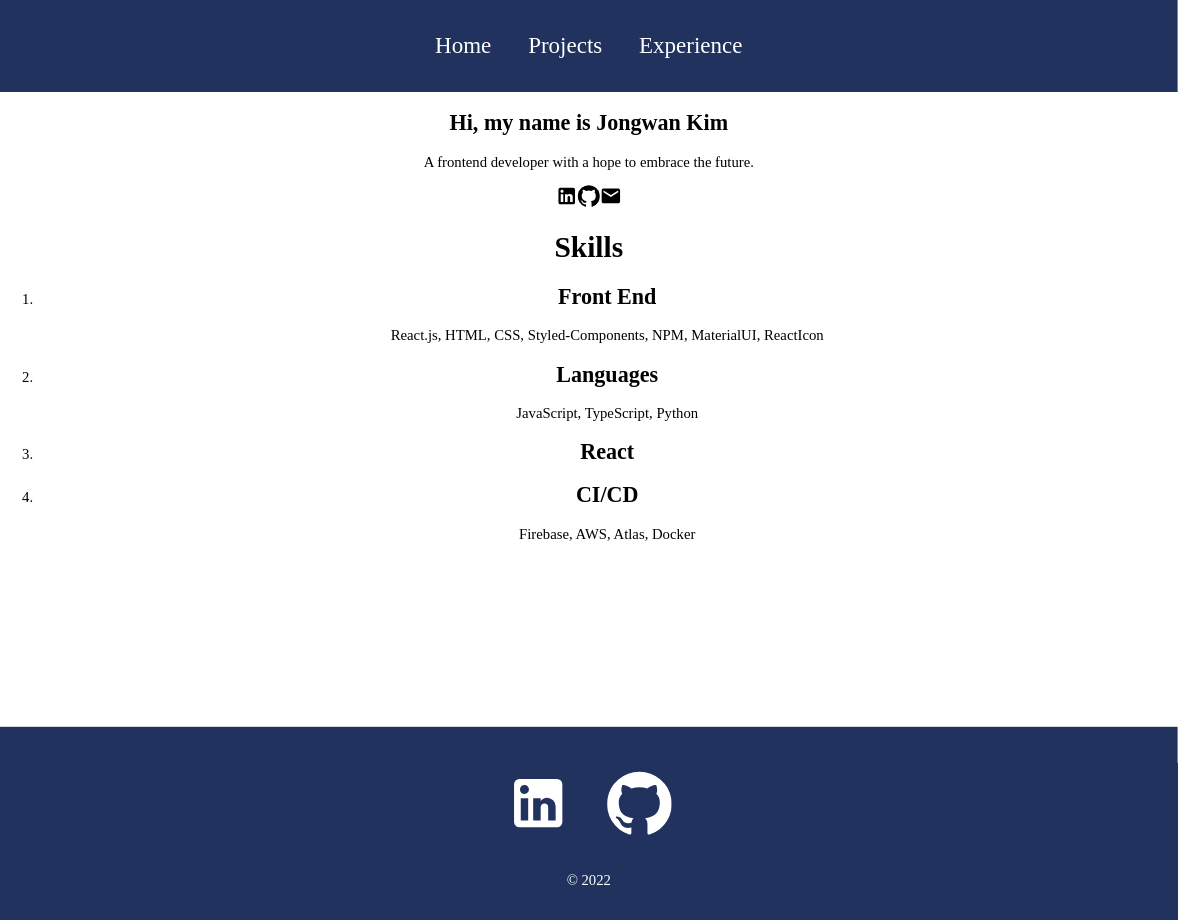
Repository: mireu-san/jw-personal-page
Page: /
The author's editor kept a copy of each file at every save. The page is drawn from the files as they stood at one save, then again after the next save.
The browser window is 1280 px wide. The pictures show the whole page, at 92% of full size.
The project was rebuilt for these pictures with package versions that can differ from the ones it lists, and the page was loaded fresh each time. Also part of the build but not shown: src/pages/Experience.js, src/pages/Projects.js.

Above is the page before, as saved 2022-11-09 17:17:17.

### src/App.js
import "./App.css";
import { BrowserRouter as Router, Routes, Route } from "react-router-dom";
import Home from "./pages/Home";
import Experience from "./pages/Experience";
import Projects from "./pages/Projects";
import Navbar from "./components/Navbar";
import Footer from "./components/Footer";

function App() {
  return (
    <div className="App">
      <Router>
        {/* #1 차이점? */}
        <Navbar />
        <Routes>
          <Route path="/" element={<Home />} />
          <Route path="/projects" element={<Projects />} />
          <Route path="/experience" element={<Experience />} />
        </Routes>
        <Footer />
      </Router>
    </div>
  );
}

export default App;

### src/App.css
/* recommended default setting */
.App {
  text-align: center;
}

body {
  padding: 0;
  margin: 0;
}


/* end of recommended default setting */

### src/pages/Home.js
import React from "react";
import LinkedInIcon from "@material-ui/icons/LinkedIn";
import GithubIcon from "@material-ui/icons/GitHub";
import EmailIcon from "@material-ui/icons/Email";

function Home() {
  return (
    <div className="home">
      <div className="about"> </div>
      <div className="about">
        <h2>Hi, my name is Jongwan Kim</h2>
        <div className="prompt">
          <p> A frontend developer with a hope to embrace the future. </p>
          <LinkedInIcon />
          <GithubIcon />
          <EmailIcon />
        </div>
      </div>
      <div className="skills">
        <h1>Skills</h1>
        <ol className="list">
          <li className="item">
            <h2>Front End</h2>
            <span>
              React.js, HTML, CSS, Styled-Components, NPM, MaterialUI, ReactIcon{" "}
            </span>
          </li>
          <li className="item">
            <h2>Languages</h2>
            <span>JavaScript, TypeScript, Python</span>
          </li>
          <li className="item">
            <h2>React</h2>
            <span> </span>
          </li>
          <li className="item">
            <h2>CI/CD</h2>
            <span>Firebase, AWS, Atlas, Docker</span>
          </li>
        </ol>
      </div>
    </div>
  );
}

export default Home;

### src/components/Navbar.js
import React, { useEffect, useState } from "react";
import { Link, useLocation } from "react-router-dom";
import "../styles/Navbar.css";
import ReorderIcon from "@material-ui/icons/Reorder";

function Navbar() {
  const [expandNavbar, setExpandNavbar] = useState(false);

  // to let it close when user click mobile menu category
  const location = useLocation();

  useEffect(() => {
    setExpandNavbar(false);
  }, [location]);

  return (
    <div className="navbar" id={expandNavbar ? "open" : "close"}>
      <div className="toggleButton">
        {/* toggle button for mobile */}
        <button
          onClick={() => {
            setExpandNavbar((prev) => !prev);
          }}
        >
          <ReorderIcon />
        </button>
      </div>
      <div className="links">
        <Link to="/"> Home </Link>
        <Link to="/projects"> Projects </Link>
        <Link to="/experience"> Experience </Link>
      </div>
    </div>
  );
}

export default Navbar;

### src/components/Footer.js
import React from "react";
import LinkedInIcon from "@material-ui/icons/LinkedIn";
import GithubIcon from "@material-ui/icons/GitHub";
import "../styles/Footer.css";

function Footer() {
  return (
    <div className="footer">
      <div className="socialMedia">
        <LinkedInIcon />
        <GithubIcon />
      </div>
      <p> &copy; 2022 </p>
    </div>
  );
}

export default Footer;

### src/styles/Navbar.css
.navbar {
    width: 100%;
    height: 100px;
    background: #21325e;
  }

  .links {
    width: 100%;
    height: 100%;
    display: flex;
    align-items: center;
    justify-content: center;
    color: white;
  }

  .navbar a {
    color: white;
    text-decoration: none;
    margin: 20px;
    font-size: 25px;
  }

  .toggleButton {
    width: 100%;
    height: 100px;
    display: flex;
    align-items: center;
    justify-content: flex-end;
  }

  .toggleButton svg {
    font-size: 50px;
  }

  /* toggle button for mobile */
  .toggleButton button {
    margin-right: 20px;
    background-color: transparent;
    border: none;
    color: white;
    cursor: pointer;
  }

  #open {
    height: 100vh;
  }

  #open .links {
    flex-direction: column;
    justify-content: flex-start;
    margin-top: 100px;
  }

  #open a {
    width: 100%;
    text-align: center;
  }

  @media only screen and (max-width: 900px) {
    .navbar a {
      width: 70px;
    }
  }

  @media only screen and (max-width: 600px) {
    .toggleButton {
      display: flex;
    }
    #close a {
      display: none;
    }
  }

  @media only screen and (min-width: 600px) {
    .toggleButton {
      display: none;
    }

    .hiddenLinks {
      display: none;
    }

    #open {
      height: 100px;
    }

    #open .links {
      flex-direction: row;
    }
  }

Loaded but not shown: public/index.html (common file); src/index.js (common file); src/reportWebVitals.js (common file); src/styles/Footer.css (common file)

After the next save:
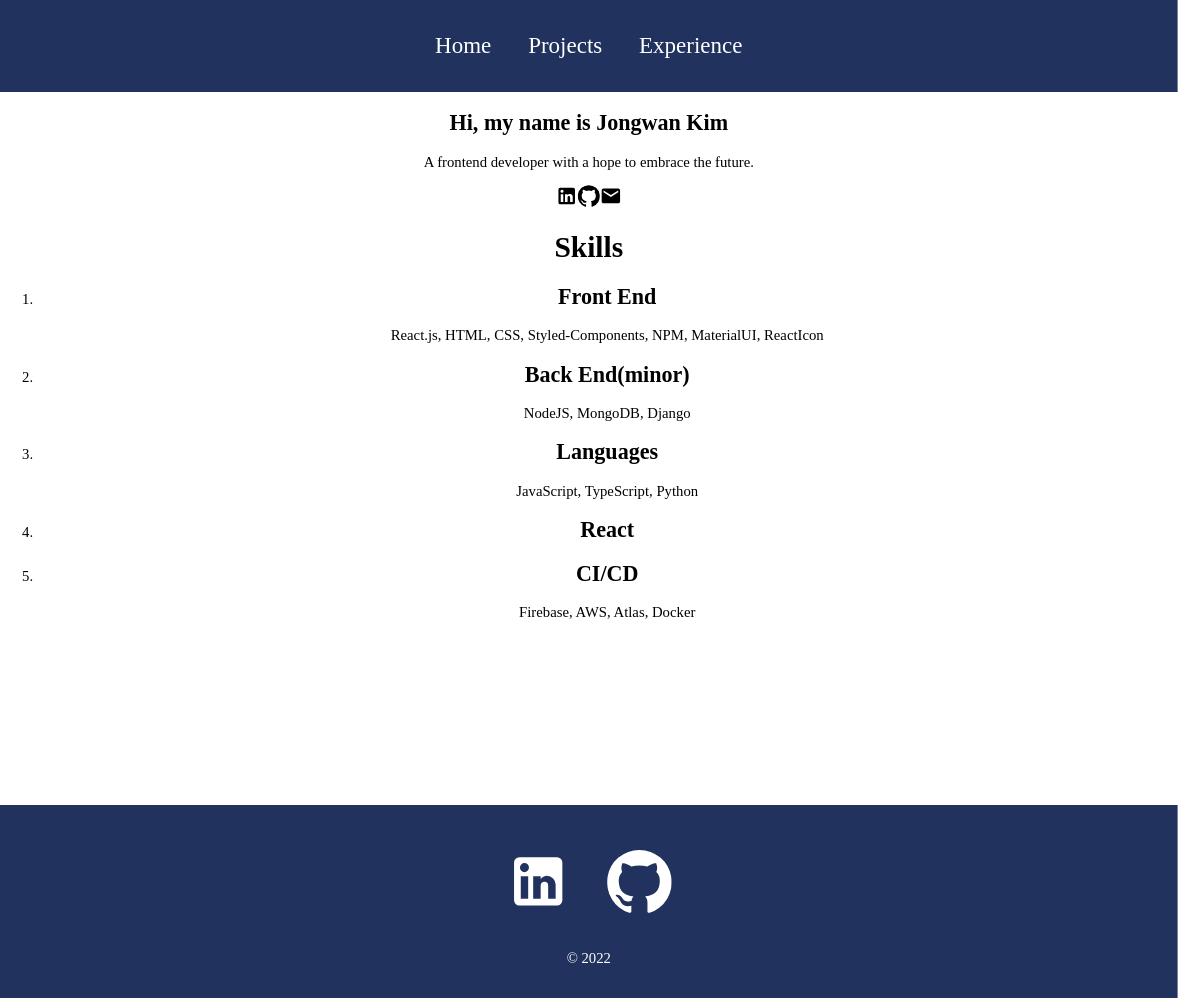
Saved 83 s later.
--- a/src/pages/Home.js
+++ b/src/pages/Home.js
@@ -26,6 +26,10 @@ function Home() {
             </span>
           </li>
           <li className="item">
+            <h2>Back End(minor)</h2>
+            <span>NodeJS, MongoDB, Django</span>
+          </li>
+          <li className="item">
             <h2>Languages</h2>
             <span>JavaScript, TypeScript, Python</span>
           </li>
